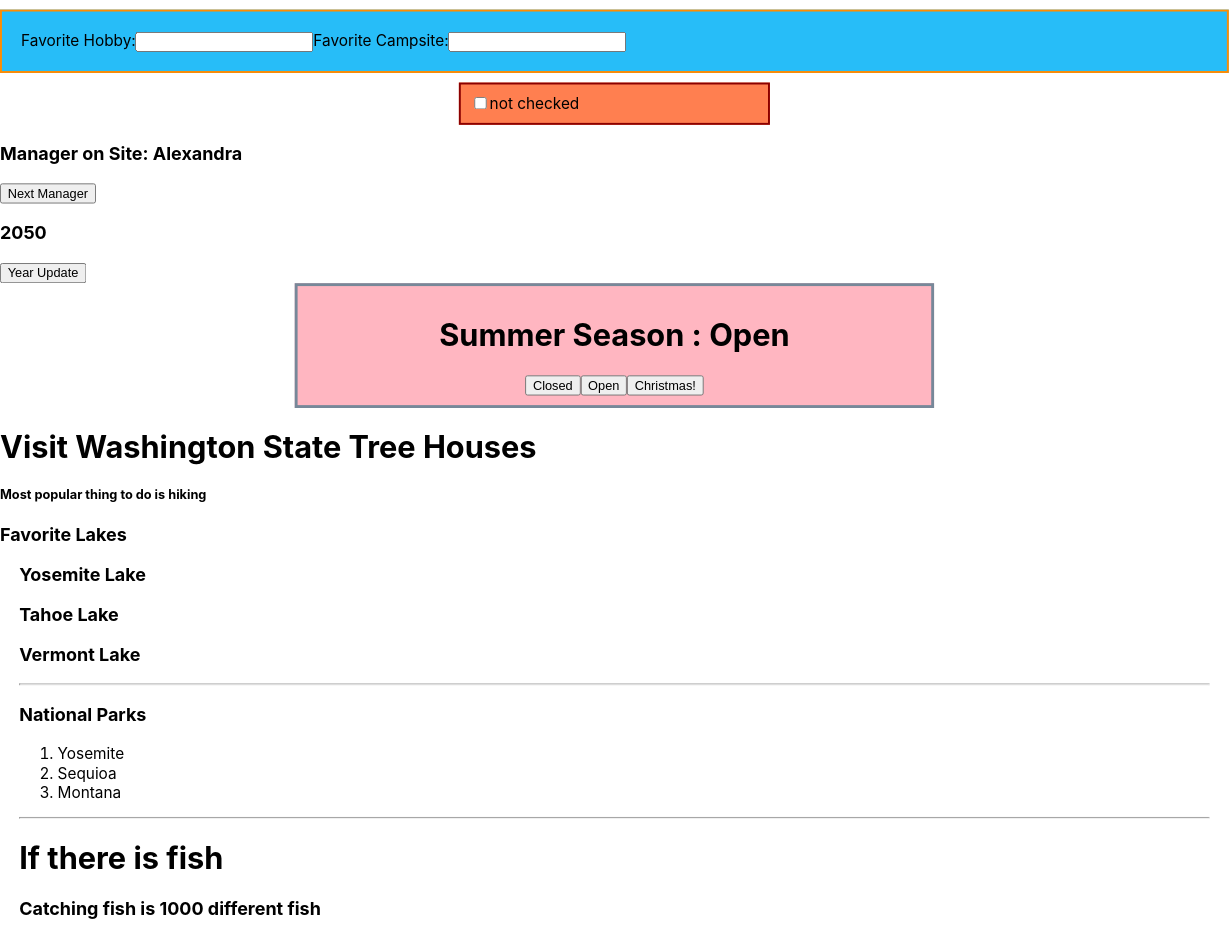
Repository: CaptainStorm21/intro-react-hooks
Page: /
The author's editor kept a copy of each file at every save. The page is drawn from the files as they stood at one save, then again after a run of saves.
The browser window is 1280 px wide. The pictures show the whole page, at 96% of full size.
The project was rebuilt for these pictures with package versions that can differ from the ones it lists, and the page was loaded fresh each time. Also part of the build but not shown: src/App.css.

Above is the page before, as saved 2020-05-27 22:00:36.

### src/index.js
import React from "react";
import ReactDOM from "react-dom";
import "./index.css";
import Fragment from "./Fragment"
import UseEffect from "./UseEffect";

const nationalParkList = ["Yosemite", "Sequioa", "Montana"];
const campingList = [
  {
    id: 0,
    name: "Mulberry Camp",
    location: " South Montana",
  },
  {
    id: 1,
    name: "Volga Camp",
    location: "Oregon",
  },
  {
    id: 2,
    name: "Captain Camp",
    location: "East Montana",
  },
  {
    id: 3,
    name: "Blue Dunes Camp",
    location: "South Montana",
  },
];

function Lake({ name }) {
  return <h3>{name}</h3>;
}

function Fishing({ abundant }) {
  return (
    < div >
      <h3> Catching fish is {abundant}</h3>
    </div >
  )
}

function Icehole ({ icefishing }) {
  return (
    < div >
      <h3> Winter Fish is {icefishing}</h3>
    </div >
  )
}

function MontanaFall() {
  return (
    <div>
      <h3>Come see Montana!</h3>
      <hr></hr>
      <div className="campstyle">
        {campingList.map((camp) => (
          <div key={camp.id}>
            <h4>{camp.name}</h4>
            <p>Location:{camp.location}</p>
          </div>
        ))}
      </div>
    </div>
  );
}

function SkiResort({thingstodo}) {
  return (
    <div>
      <h1>Visit Washington State Tree Houses</h1>
      <h5>Most popular thing to do is {thingstodo}</h5>
    </div>
  );
}
function App(props) {

  if (props.season === "fall") {
    return <MontanaFall />;
  } else if (props.season === "summer"){
    return (
      <div>
        <UseEffect />
        <Fragment />

        <SkiResort  thingstodo="hiking"/>
        <h3>Favorite Lakes</h3>
        <div className="lakestyle">
          <Lake name="Yosemite Lake" />
          <Lake name="Tahoe Lake" />
          <Lake name="Vermont Lake" />
          <hr></hr>
          <h3>National Parks</h3>
          <ol>
            {props.parks.map((park) => (
              <li>{park}</li>
            ))}
          </ol>
          <hr></hr>
          <h1>If there is fish</h1>
          <div>
            {props.season === "summer" ? (
              <Fishing abundant="1000 different fish" />
            ) : props.season === "winter" ? (
              <Icehole icefishing="A lot of pikes" />
            ) : (<h1>Wanna stay home?</h1>)}
            </div>
        </div>
      </div>
    );
  }
}

// function Hello({ library, message, books }) {
//   return (
//     <div>
//       <h1>Hello {library}</h1>
//       <h4>books avail to rent {books}</h4>
//       <h5>Hours: {message}</h5>
//     </div>
//   )
// }

// function Hello(props) {
//   console.log(props);
//   console.log(Object.keys(props));
//   return (
//     <div>
//       <h1>Hello from {props.library}</h1>
//       <h3>{props.message}</h3>
//       <h4> books available to rent - {props.books}</h4>
//       <h5>Props used - {Object.keys(props).length}</h5>
//     </div>
//   )
// }

// function Hello() {
//   return (
//     <div>
//       <p> rendering is happening </p>
//       <h1>Hello world!</h1>
//     </div>
//   )
// }
ReactDOM.render(
  //  React.createElement("h1", null, "Hello"),
  // React.createElement("h1", { style: { color: "red" } }, "Hello"),
  // React.createElement("div", { style: { color: "blue" } },
  // React.createElement("h1", null, "Morning")  ),
  // <ul>
  //   <li>Pizza</li>
  //   <li>Sushi</li>
  // </ul>,
  // /* <Hello></Hello>, */
  // <Hello library="Washington Library" message="Open for all " books={10}/>,
  <App parks={nationalParkList} season="summer" />,
  document.getElementById("root")
);

### src/index.css
body {
  margin: 0;
  font-family: -apple-system, BlinkMacSystemFont, 'Segoe UI', 'Roboto', 'Oxygen',
    'Ubuntu', 'Cantarell', 'Fira Sans', 'Droid Sans', 'Helvetica Neue',
    sans-serif;
  -webkit-font-smoothing: antialiased;
  -moz-osx-font-smoothing: grayscale;
}

code {
  font-family: source-code-pro, Menlo, Monaco, Consolas, 'Courier New',
    monospace;
}

.lakestyle, .campstyle {
  padding-left: 20px;
  padding-right: 20px;
}

.div-style{
  padding: 10px;
  border: 3px solid lightslategray;
  width: 50%;
  margin: 0 auto;
  background-color: lightpink;
  text-align: center;
}


.blue-div{
  background-color: rgb(39, 189, 248);
  margin: 0 auto;
  padding: 20px;
  border: 2px solid darkorange;
  margin-top: 10px;
  margin-bottom: 10px;

}

.checkbox-div{
  background-color: coral;
  padding: 10px;
  width: 300px;
  border: 2px solid darkred;
  margin: 0 auto;
}

### src/Fragment.js
import React, { useState } from "react";
import "./App.css";
import Checkbox from './Checkbox'

// const [first, second, third, fouth] = ["Mary", "Katy", "Ludwig", "Stephen"];

// function Kids() {
//   return <h1>Children at play!</h1>;
// }

// function Kayak() {
//   return (
//     <div>
//       <h2> Kayaking going on </h2>
//     </div>
//   );
// }

function Fragment() {
    const [year, setYear] = useState(2050)
    const [manager, setManager] = useState('Alexandra')
    const [status, setStatus] = useState("Open");
  return (
      <>
          <div className = "checkbox-div">
              <Checkbox/>
          </div>
      <div>
        <h3>Manager on Site: {manager}</h3>
        <button onClick={() => setManager("Mary Anne")}>Next Manager</button>
      </div>
      <div>
        <h3>{year}</h3>
        <button onClick={() => setYear(year+1)}>Year Update</button>
      </div>
      <div className="div-style">
        <h1>Summer Season : {status}</h1>
        <button onClick={() => setStatus("Closed")}>Closed</button>
        <button onClick={() => setStatus("Open")}>Open</button>
        <button onClick={() => setStatus("Gone to Santa's!")}>
          Christmas!
        </button>
      </div>
    </>
  );
}



// function Fragment() {
//   return (
//     <>
//       <div className="div-style">
//         <Kayak />
//         <Kids />
//       </div>
//     </>
//   );
// }

export default Fragment;

### src/UseEffect.js
import React from 'react'

export default function UseEffect() {
    return (
      <div className="blue-div">
        <label>
          Favorite Hobby:
          <input />
        </label>
        <label>
          Favorite Campsite:
          <input />
        </label>
      </div>
    );
}

### src/Checkbox.js
import React, { useState, useEffect } from "react";

export default function Checkbox() {
    const [checked, setChecked] = useState(false);
    useEffect(() => {
        alert(` checked: ${checked.toString()}`);
    });
    return (
    <>
            <input type="checkbox"
                value={checked}
                onChange={ () => setChecked (checked => !checked )  } />
            {checked ? "checked" : "not checked"}
    </>
  )
}

Loaded but not shown: public/index.html (common file)

After the next 4 saves:
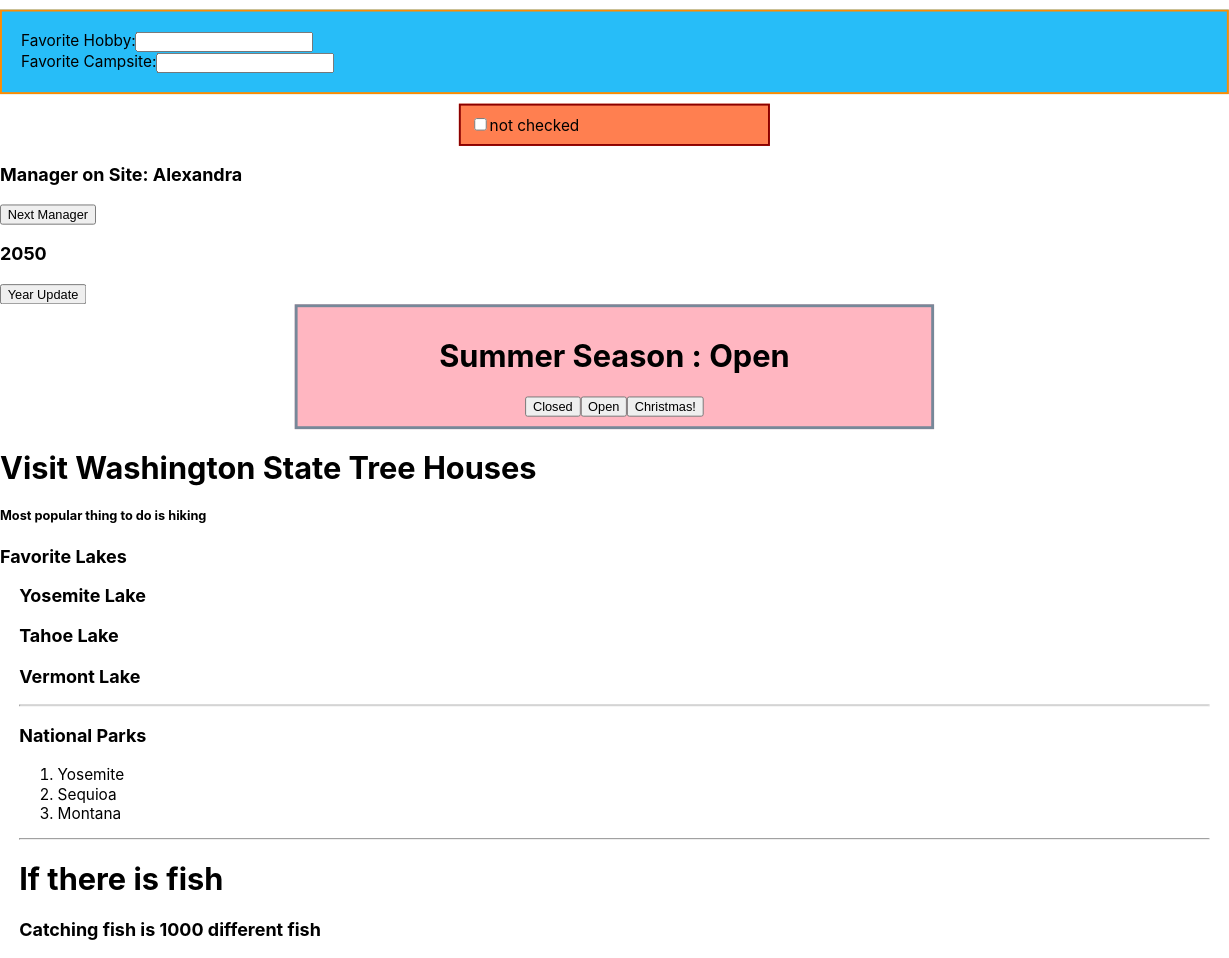
The 4 saves are shown as one change because they came seconds apart.
The last was saved 33 s later.
--- a/src/UseEffect.js
+++ b/src/UseEffect.js
@@ -6,7 +6,8 @@ export default function UseEffect() {
         <label>
           Favorite Hobby:
           <input />
-        </label>
+            </label>
+            <br/>
         <label>
           Favorite Campsite:
           <input />
